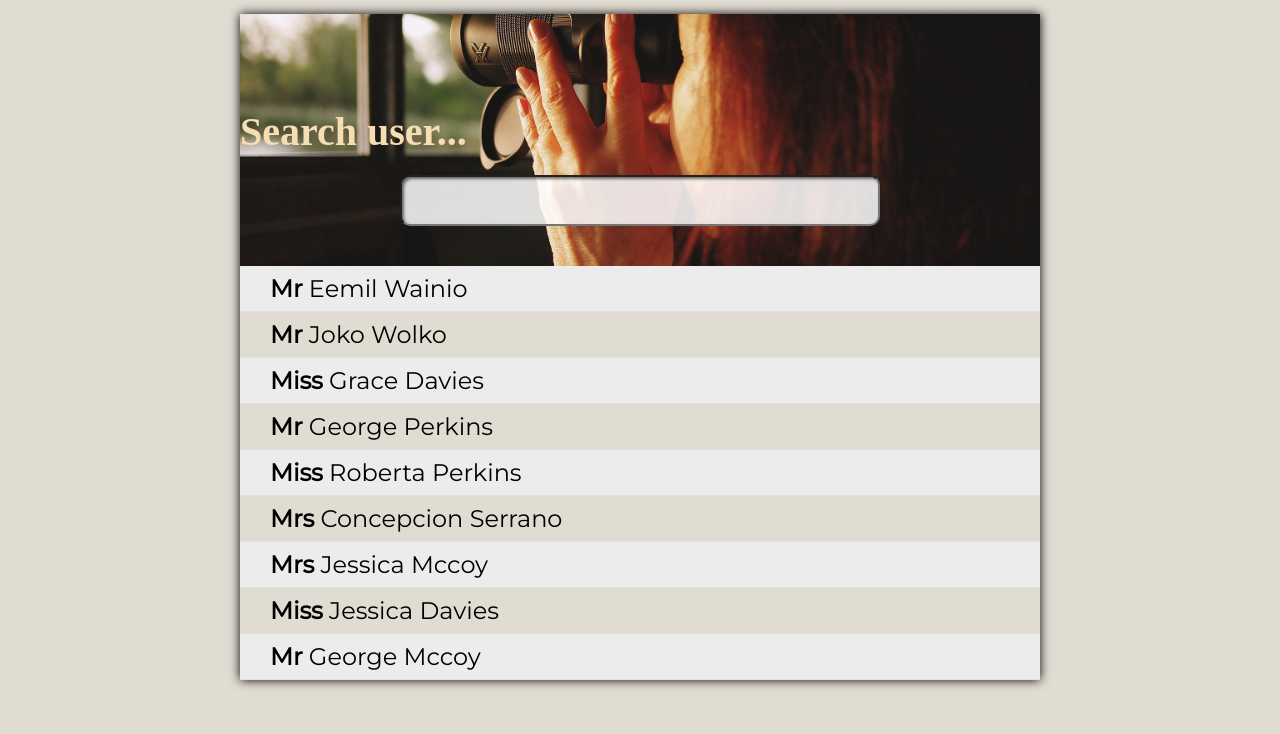
Repository: KrzysKolo/sr_tydzien5_zad4
Page: /
An editor plug-in stored every save of this project. The page is shown before and after the next save, followed by the edit.
The browser window is 1280 px wide. The pictures show the whole page.
The project was rebuilt for these pictures with package versions that can differ from the ones it lists, and the page was loaded fresh each time.

Above is the page before, as saved 2021-01-03 05:58:32.

After the next save:
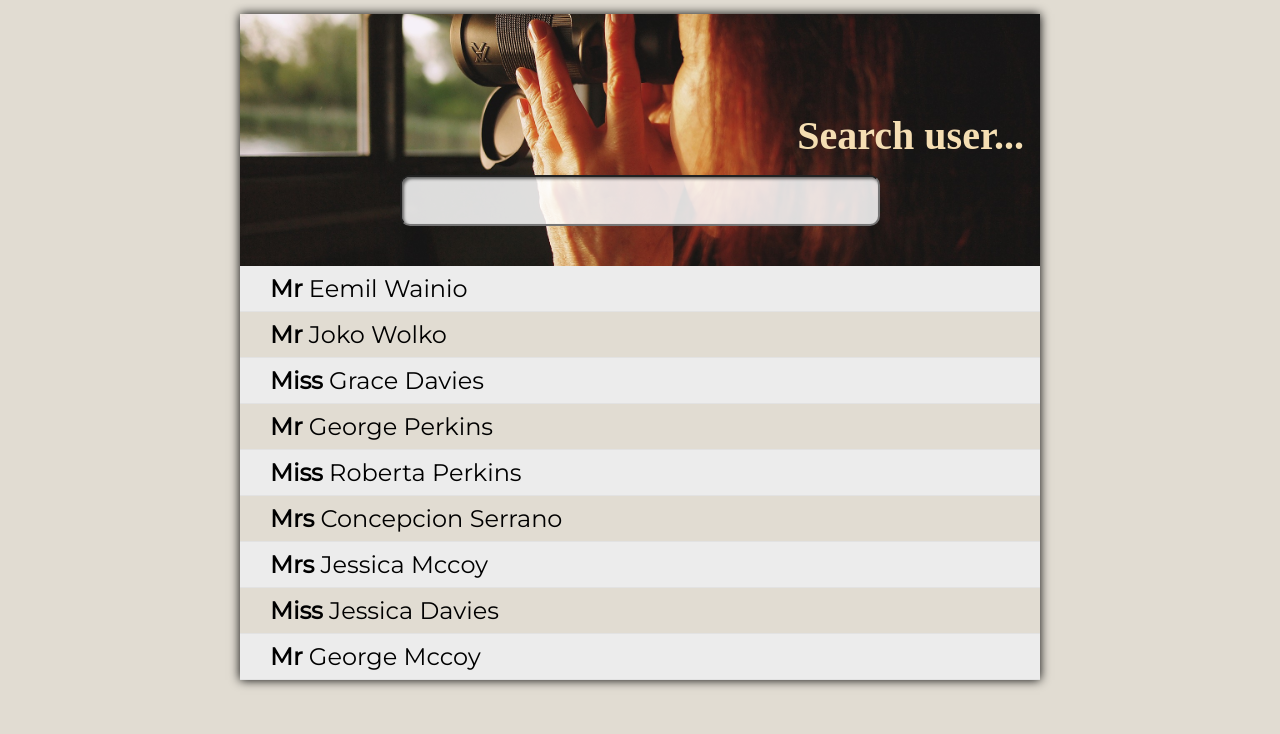
Saved 54 s later.
--- a/src/App.css
+++ b/src/App.css
@@ -27,8 +27,7 @@ section {
 }
 .header__title {
   font-size: 2.5rem;
-  margin-bottom: 1.3rem;
-  text-align: left;
+  margin: 0 1rem 1rem auto;
   color: wheat;
 }
 .header__search-wrapper {
